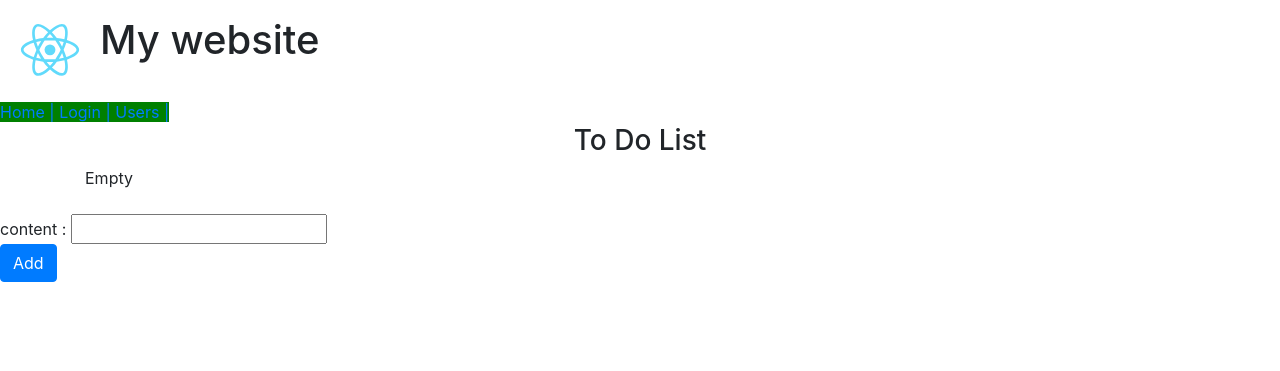
Repository: Marwa-Medhat/ReactJS-Labs
Page: / (app in myapp/)
An editor plug-in stored every save of this project. The page is shown before and after the next save, followed by the edit.
The browser window is 1280 px wide. The pictures show the whole page.
The project was rebuilt for these pictures with package versions that can differ from the ones it lists, and the page was loaded fresh each time.

Above is the page before, as saved 2021-04-28 20:31:02.

After the next save:
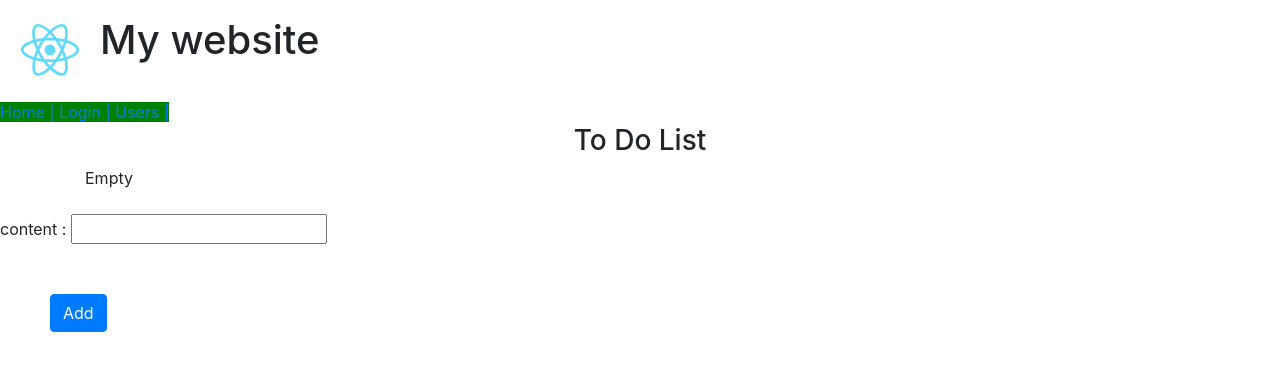
Saved 90 s later.
--- a/myapp/src/App2.js
+++ b/myapp/src/App2.js
@@ -65,7 +65,7 @@ class AddTask extends React.Component{
     render(){
         return <div>
             content : <input type="text" value={this.state.content} onChange={(e)=>this.setState({content:e.target.value})} />
-           <br/> <button onClick={this.addContent} className="btn btn-primary " style={{ marginRight: 50,}}>Add</button>
+           <br/> <button onClick={this.addContent} className="btn btn-primary " style={{ margin: 50,}}>Add</button>
         </div>
     }
 }
